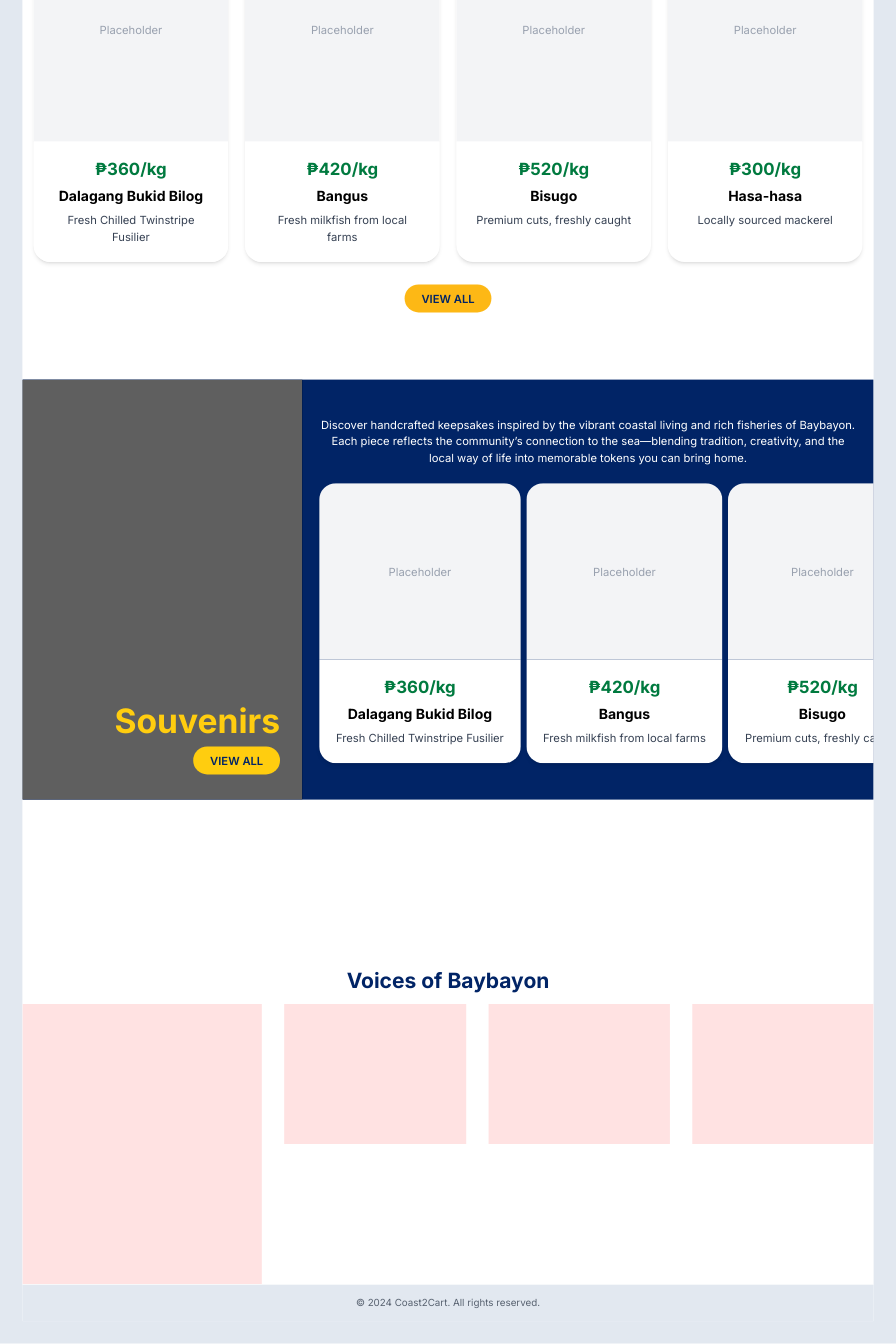
Repository: Coast2Card/coast2cart-frontend
Page: /
The author's editor kept a copy of each file at every save. The page is drawn from the files as they stood at one save, then again after the next save.
The browser window is 1280 px wide. The pictures show the part of the page from y = 2325 to 4245 px (the page is 4245 px tall), at 70% of full size.
Pictures or frames that could not be fetched are drawn as grey boxes. The project was rebuilt for these pictures with package versions that can differ from the ones it lists, and the page was loaded fresh each time. Also part of the build but not shown: vite.config.js, src/pages/Seafood.jsx, src/pages/Souvenirs.jsx, src/pages/About.jsx, src/pages/Cart.jsx, src/pages/Profile.jsx, src/pages/Colors.jsx.

Above is the page before, as saved 2025-09-13 23:03:02.

### index.html
<!DOCTYPE html>
<html lang="en" data-theme="coast2cart">
  <head>
    <meta charset="UTF-8" />
    <!-- <link rel="icon" type="image/svg+xml" href="/vite.svg" /> -->
    <meta name="viewport" content="width=device-width, initial-scale=1.0" />
    <title>Coast2Cart</title>
  </head>
  <body>
    <div id="root"></div>
    <script type="module" src="/src/main.jsx"></script>
  </body>
</html>

### src/index.css
@import url("https://fonts.googleapis.com/css2?family=Inter:wght@300;400;500;600;700&family=Playfair+Display:wght@400;500;600;700&family=Outfit:wght@400;500;600;700&display=swap");
@import "tailwindcss";
@plugin "daisyui";
@plugin "daisyui/theme" {
  name: "coast2cart";
  default: true;
  prefersdark: false;
  color-scheme: "light";

  --color-base-100: #e2e8f0;
  --color-base-200: #ffffff;
  --color-base-300: #ffffff;
  --color-base-content: #1e293b;
  --color-primary: #012466;
  --color-primary-content: #ffffff;
  --color-secondary: #fdb815;
  --color-secondary-content: #ffffff;
  --color-accent: #f04c05;
  --color-accent-content: #ffffff;
  --color-neutral: #d9d9d9;
  --color-neutral-content: #1e293b;
  --color-info: #0ea5e9;
  --color-info-content: #ffffff;
  --color-success: #007a3f;
  --color-success-content: #ffffff;
  --color-warning: #f59e0b;
  --color-warning-content: #ffffff;
  --color-error: #ef4444;
  --color-error-content: #ffffff;

  --radius-selector: 1rem;
  --radius-field: 0.5rem;
  --radius-box: 1rem;
  --size-selector: 0.25rem;
  --size-field: 0.25rem;
  --border: 1px;
  --depth: 0;
  --noise: 0;

  /* 👇 New lighter secondary */
  --color-secondary-light: #ffcd0f;
  --color-secondary-light-content: #1e293b;
}

/* Custom Font Classes */
.font-primary {
  font-family: "Inter", sans-serif;
}

.font-display {
  font-family: "Inter", serif;
}

.font-outfit {
  font-family: "Outfit", sans-serif;
}

.font-inter {
  font-family: "Inter", sans-serif;
}

/* Global Styles */
body {
  font-family: "Inter", sans-serif;
}

h1,
h2,
h3,
h4,
h5,
h6 {
  font-family: "Inter", serif;
}

/* in src/index.css */
@utility max-w-8xl {
  max-width: 100rem;
}

@layer utilities {
  .bg-secondary-light {
    background-color: var(--color-secondary-light);
  }
  .text-secondary-light {
    color: var(--color-secondary-light);
  }
  .border-secondary-light {
    border-color: var(--color-secondary-light);
  }
}

### src/App.jsx
import { Routes, Route } from "react-router-dom";
import Layout from "./components/Layout";
import Home from "./pages/Home";
import Seafood from "./pages/Seafood";
import Souvenirs from "./pages/Souvenirs";
import About from "./pages/About";
import Cart from "./pages/Cart";
import Profile from "./pages/Profile";
import Colors from "./pages/Colors";
import "./App.css";

function App() {
  return (
    <Routes>
      {/* Routes with shared layout */}
      <Route path="/" element={<Layout />}>
        <Route index element={<Home />} />
        <Route path="seafood" element={<Seafood />} />
        <Route path="souvenirs" element={<Souvenirs />} />
        <Route path="about" element={<About />} />
        <Route path="cart" element={<Cart />} />
        <Route path="profile" element={<Profile />} />
        <Route path="colors" element={<Colors />} />
      </Route>
    </Routes>
  );
}

export default App;

### src/components/Layout.jsx
import { Outlet } from "react-router-dom";
import Navbar from "./Navbar";

const Layout = () => {
  return (
    <div className="min-h-screen bg-base-200">
      {/* Navigation Header */}
      <Navbar />

      {/* Main Content */}
      <main className=" mx-auto  ">
        <Outlet />
      </main>

      {/* Footer */}
      <footer className="bg-base-100 border-t border-base-300 mt-auto">
        <div className="max-w-7xl mx-auto py-4 px-4 sm:px-6 lg:px-8">
          <p className="text-center text-base-content/70 text-sm">
            © 2024 Coast2Cart. All rights reserved.
          </p>
        </div>
      </footer>
    </div>
  );
};

export default Layout;

### src/pages/Home.jsx
import homeBanner from "../assets/images/home_banner.jpg";
import baybayonLogo from "../assets/logos/c2c_white_transparent.png";
import fish1 from "../assets/images/home_fish1.png";
import fish2 from "../assets/images/home_fish2.png";
import fish3 from "../assets/images/home_fish3.png";
import fish4 from "../assets/images/home_fish4.png";
import fish5 from "../assets/images/home_fish5.png";
import HomeFeatures from "../components/home/HomeFeatures";
import HomeFreshCatch from "../components/home/HomeFreshCatch";
import HomeGallery from "../components/home/HomeGallery";
import HomeSouvenirs from "../components/home/HomeSouvenirs";
import CustomButton from "../components/CustomButton";
const Home = () => {
  return (
    <main className="relative overflow-x-hidden">
      {/* Home Banner */}
      <section className="w-full h-135 sm:h-[70vh] md:h-185 relative">
        <img
          src={homeBanner}
          alt="Home Banner"
          className="w-full h-full object-cover relative z-4"
          onError={(e) => {
            console.log("Image failed to load:", homeBanner);
            e.target.style.display = "none";
          }}
          onLoad={() => console.log("Image loaded successfully:", homeBanner)}
        />

        <div className="absolute inset-0 bg-black opacity-60 z-10"></div>

        <div className="absolute inset-0 z-20 flex items-start py-20 justify-center">
          <div className="text-center text-white">
            <h1 className="text-xl sm:text-2xl  font-extrabold font-display mb-[-15px] sm:mb-[-30px] md:mb-[-35px] lg:mb-[-30px]">
              Sea the best of Baybayon, from
            </h1>
            <img
              className="w-6/8 max-w-120 sm:w-6/8 md:4/8 lg:3/8 md:max-w-170 h-auto mx-auto "
              src={baybayonLogo}
            />
            <CustomButton text="Shop Now" className="mt-0 sm:mt-[-10px]" />
          </div>
        </div>
      </section>
      <section className=" relative overflow-hidden w-[140vw] flex items-center justify-center gap-4 sm:gap-6 mb-15 sm:mb-25   z-30 -mt-51 md:-mt-75 lg:-mt-75 left-1/2 -translate-x-1/2">
        <img
          src={fish1}
          alt="Fish 1"
          className="min-w-20 h-40 md:w-65 md:h-75  object-cover rounded-2xl"
        />
        <img
          src={fish2}
          alt="Fish 2"
          className="min-w-35 h-55  md:w-80 md:h-85 object-cover rounded-2xl"
        />
        <img
          src={fish3}
          alt="Fish 3"
          className="min-w-46 h-70 md:w-95 md:h-100 object-cover rounded-2xl"
        />
        <img
          src={fish4}
          alt="Fish 4"
          className="min-w-35 h-55 md:w-80 md:h-85 object-cover rounded-2xl"
        />
        <img
          src={fish5}
          alt="Fish 5"
          className="min-w-20 h-40 md:w-65 md:h-75 object-cover rounded-2xl"
        />
      </section>
      <section className="max-w-8xl mx-auto p-4 flex flex-col">
        <HomeFeatures className="mb-25" />
        <HomeGallery />
        <HomeFreshCatch />
      </section>
      <section className="flex flex-col lg:flex-row bg-primary max-w-8xl mx-auto w-full mb-60">
        <HomeSouvenirs />
      </section>
      <section className="flex flex-col gap-4">
        <p className="text-primary text-center text-3xl font-bold">
          Voices of Baybayon
        </p>
        <div className="flex flex-col gap-4">
          <div className="grid grid-cols-30 gap-8 h-100">
            <div className="col-span-9 bg-red-100 h-[100%]"></div>
            <div className="col-span-7 bg-red-100 h-[50%]"></div>
            <div className="col-span-7 bg-red-100 h-[50%]"></div>
            <div className="col-span-7 bg-red-100 h-[50%]"></div>
          </div>
        </div>
      </section>
    </main>
  );
};

export default Home;

### src/components/Navbar.jsx
import { Link, useLocation } from "react-router-dom";
import { useState } from "react";
import { navLinks } from "../data/navigation";
import c2cLogo from "../assets/logos/c2c_transparent.png";
import searchIcon from "../assets/icons/search.png";
import cartIcon from "../assets/icons/cart.png";
import profileIcon from "../assets/icons/profile.png";
import commentIcon from "../assets/icons/comment.png";
const Navbar = () => {
  const location = useLocation();
  const [isMobileMenuOpen, setIsMobileMenuOpen] = useState(false);

  const isActive = (path) => {
    return location.pathname === path;
  };

  const toggleMobileMenu = () => {
    setIsMobileMenuOpen(!isMobileMenuOpen);
  };

  const closeMobileMenu = () => {
    setIsMobileMenuOpen(false);
  };

  return (
    <nav className="bg-base-300 shadow-lg py-2 sticky top-0 z-50">
      <div className="mx-auto px-6 sm:px-6 lg:px-8">
        <div className="flex justify-between h-16">
          <div className="flex items-center">
            <Link to="/" className="flex-shrink-0">
              <img src={c2cLogo} alt="Coast2Cart" className="h-17" />
            </Link>
          </div>

          {/* Desktop Navigation */}
          <div className="hidden md:flex items-center space-x-8">
            {navLinks.map((link) => (
              <Link
                key={link.path}
                to={link.path}
                className={`px-3 py-2 rounded-md text-md font-bold transition-colors ${
                  isActive(link.path)
                    ? " text-accent after:content-[''] after:block after:w-full after:h-0.5 after:bg-accent after:rounded-full"
                    : "text-black hover:text-primary hover:bg-base-200"
                }`}
              >
                {link.label}
              </Link>
            ))}
          </div>

          {/* Desktop Icons - Hidden on mobile */}
          <div className="hidden md:flex items-center gap-4 lg:gap-6">
            <img
              src={searchIcon}
              alt="Search"
              className="h-5 w-5 lg:h-5.5 lg:w-5.5 hover:cursor-pointer hover:opacity-60 transition-opacity duration-300"
            />
            <img
              src={commentIcon}
              alt="Comment"
              className="h-5 w-5 lg:h-5.5 lg:w-5.5 hover:cursor-pointer hover:opacity-60 transition-opacity duration-300"
            />
            <img
              src={cartIcon}
              alt="Cart"
              className="h-5 w-5 lg:h-5.5 lg:w-5.5 hover:cursor-pointer hover:opacity-60 transition-opacity duration-300"
            />
            <img
              src={profileIcon}
              alt="Profile"
              className="h-5 w-5 lg:h-5.5 lg:w-5.5 hover:cursor-pointer hover:opacity-60 transition-opacity duration-300"
            />
          </div>

          {/* Mobile menu button */}
          <div className="md:hidden flex items-center">
            <button
              onClick={toggleMobileMenu}
              className="inline-flex items-center justify-center p-2 rounded-md text-base-content hover:text-primary hover:bg-base-200 focus:outline-none focus:ring-2 focus:ring-inset focus:ring-primary"
              aria-expanded="false"
            >
              <span className="sr-only">Open main menu</span>
              {!isMobileMenuOpen ? (
                <svg
                  className="block h-6 w-6"
                  xmlns="http://www.w3.org/2000/svg"
                  fill="none"
                  viewBox="0 0 24 24"
                  stroke="currentColor"
                  aria-hidden="true"
                >
                  <path
                    strokeLinecap="round"
                    strokeLinejoin="round"
                    strokeWidth="2"
                    d="M4 6h16M4 12h16M4 18h16"
                  />
                </svg>
              ) : (
                <svg
                  className="block h-6 w-6"
                  xmlns="http://www.w3.org/2000/svg"
                  fill="none"
                  viewBox="0 0 24 24"
                  stroke="currentColor"
                  aria-hidden="true"
                >
                  <path
                    strokeLinecap="round"
                    strokeLinejoin="round"
                    strokeWidth="2"
                    d="M6 18L18 6M6 6l12 12"
                  />
                </svg>
              )}
            </button>
          </div>
        </div>
      </div>

      {/* Mobile Navigation Menu */}
      <div className={`md:hidden ${isMobileMenuOpen ? "block" : "hidden"}`}>
        <div className="px-2 pt-2 pb-3 space-y-1 sm:px-3 bg-base-100 border-t border-base-300">
          {navLinks.map((link) => (
            <Link
              key={link.path}
              to={link.path}
              onClick={closeMobileMenu}
              className={`block px-3 py-2 rounded-md text-base font-medium transition-colors ${
                isActive(link.path)
                  ? "bg-primary text-primary-content"
                  : "text-base-content hover:text-primary hover:bg-base-200"
              }`}
            >
              {link.label}
            </Link>
          ))}

          {/* Mobile Icons */}
          <div className="flex items-center justify-center gap-6 pt-4 border-t border-base-300 mt-4">
            <img
              src={searchIcon}
              alt="Search"
              className="h-6 w-6 hover:cursor-pointer hover:opacity-60 transition-opacity duration-300"
            />
            <img
              src={commentIcon}
              alt="Comment"
              className="h-6 w-6 hover:cursor-pointer hover:opacity-60 transition-opacity duration-300"
            />
            <img
              src={cartIcon}
              alt="Cart"
              className="h-6 w-6 hover:cursor-pointer hover:opacity-60 transition-opacity duration-300"
            />
            <img
              src={profileIcon}
              alt="Profile"
              className="h-6 w-6 hover:cursor-pointer hover:opacity-60 transition-opacity duration-300"
            />
          </div>
        </div>
      </div>
    </nav>
  );
};

export default Navbar;

### src/components/home/HomeFeatures.jsx
import cartIcon from "../../assets/icons/cart.png";
import commentIcon from "../../assets/icons/comment.png";
import profileIcon from "../../assets/icons/profile.png";
import searchIcon from "../../assets/icons/search.png";

const features = [
  {
    icon: cartIcon,
    title: "Fresh Catch",
    description: "Daily seafood direct from local fishers.",
  },
  {
    icon: searchIcon,
    title: "Dried Goods",
    description: "High-quality dried seafood.",
  },
  {
    icon: commentIcon,
    title: "Souvenirs",
    description: "Souvenirs made by our community.",
  },
  {
    icon: profileIcon,
    title: "Marketplace",
    description: "Easy orders and pickup with fishing time.",
  },
];

const HomeFeatures = ({ className = "" }) => {
  return (
    <article className={` mx-auto w-full ${className}`}>
      <section className="grid grid-cols-1 sm:grid-cols-2 space-y-6 lg:grid-cols-4 gap-6 sm:w-[95%] lg:w-[90%] xl:w-[80%] mx-auto">
        {features.map((item, index) => (
          <div
            key={index}
            className="flex flex-col items-center justify-start gap-2"
          >
            <div className="bg-accent mb-2 p-11 sm:p-11 flex justify-center items-center rounded-full">
              <div className="bg-gray-300 rounded-xl p-1 h-14 w-14"></div>
            </div>
            <h3 className="text-2xl font-bold text-primary">{item.title}</h3>
            <h3 className="text-md text-center">{item.description}</h3>
          </div>
        ))}
      </section>
    </article>
  );
};

export default HomeFeatures;

### src/components/home/HomeFreshCatch.jsx
import { freshCatchItems } from "../../data/navigation";
import ItemCard from "./ItemCard";
const HomeFreshCatch = ({ className = "" }) => {
  return (
    <div className={`flex flex-col text-center ${className}`}>
      <h1 className="text-4xl font-bold text-accent mb-10">Fresh Catch</h1>
      <section className="grid grid-cols-1 sm:grid-cols-2 xl:grid-cols-4  gap-6 mb-8">
        {freshCatchItems.map((item) => (
          <ItemCard
            name={item.name}
            price={item.price}
            description={item.description}
            id={item.id}
          />
        ))}
      </section>
      <div className="mb-20">
        <button className="bg-secondary text-primary uppercase px-6 py-2 rounded-full text-md font-semibold hover:bg-secondary/90 transition-colors">
          View All
        </button>
      </div>
    </div>
  );
};

export default HomeFreshCatch;

### src/components/home/HomeGallery.jsx
import React from "react";
import homeGallery1 from "../../assets/images/home_gallery1.png";
import FishIcon from "../icons/FishIcon";
const HomeGallery = () => {
  return (
    <div className="w-full flex flex-col sm:flex-row gap-9 lg:gap-12 p-1 mb-20 items-center justify-center mx-auto max-w-8xl  ">
      <div className="flex flex-1 min-w-75 sm:h-150 md:min-w-105  w-full md:h-150 bg-blue-100 ">
        <img src={homeGallery1} className="w-full h-full object-cover  " />
      </div>
      <div className=" flex flex-col min-w-20  gap-4 justify-center">
        <h2 className="font-bold text-3xl lg:text-4xl text-primary mb-1">
          Fresh From the Sea, Straight to You
        </h2>
        <p className="text-md mb-4">
          Every day, the fishermen of Barangay Baybayon bring in the freshest
          catch from our coastal waters, ensuring top quality seafood for your
          table. Proudly harvested and carefully handled, we take pride in
          delivering the goodness of the sea with every haul.
        </p>
        <div className="flex items-start gap-4 text-primary mb-4">
          <div className="max-h-22 min-w-11 font-bold pt-0.5">
            <FishIcon />
          </div>
          <div className="flex flex-col">
            <h3 className="font-bold text-xl mb-2">Sustainably Caught</h3>
            <p className="text-black">
              Our Baybayon fisherfolk use responsible fishing practices that
              respect both the ocean and its future.
            </p>
          </div>
        </div>
        <div className="flex items-start gap-4 text-primary">
          <div className="max-h-22 min-w-11 font-bold pt-0.5">
            <FishIcon />
          </div>
          <div className="flex flex-col">
            <h3 className="font-bold text-xl mb-2">Guaranteed Freshness</h3>
            <p className="text-black">
              From the moment it is caught to the time it reaches you, every
              fish is handled with care to preserve its natural taste and
              nutrients.
            </p>
          </div>
        </div>
      </div>
    </div>
  );
};

export default HomeGallery;

### src/components/home/HomeSouvenirs.jsx
import React from "react";
import souvenirBanner from "../../assets/images/home_banner2.png";
import { freshCatchItems } from "../../data/navigation";
import ItemCard from "./ItemCard";
const HomeSouvenirs = () => {
  return (
    <>
      <div className="relative flex items-end justify-end h-90 lg:h-150 w-full min-w-100 lg:max-w-70">
        <div className="absolute flex items-end justify-end p-6 px-8 inset-0  bg-black opacity-40"></div>
        <div className="absolute flex items-end justify-start lg:justify-end  py-9 px-4 lg:px-8 inset-0 ">
          <div className="flex flex-col items-start lg:items-end">
            <h2 className="text-5xl font-bold text-secondary-light mb-3">
              Souvenirs
            </h2>
            <button className=" bg-secondary-light text-primary uppercase  px-6 py-2 rounded-full text-md  font-semibold hover:bg-secondary/90 transition-colors cursor-pointer">
              view all
            </button>
          </div>
        </div>
        <img
          className="w-full h-full object-cover object-top "
          src={souvenirBanner}
        />
      </div>
      <article className="flex-1 flex flex-col justify-center p-4 py-6 lg:p-6 text-white text-md gap-2">
        <p className="mb-4">
          Discover handcrafted keepsakes inspired by the vibrant coastal living
          and rich fisheries of Baybayon. Each piece reflects the community’s
          connection to the sea—blending tradition, creativity, and the local
          way of life into memorable tokens you can bring home.
        </p>
        <section className="flex grid-cols-1  w-[260%] lg:w-[190%] max-h-100 gap-2">
          {freshCatchItems.map((item, index) => {
            return (
              <ItemCard
                name={item.name}
                price={item.price}
                description={item.description}
                id={item.id}
              />
            );
          })}
        </section>
      </article>
    </>
  );
};

export default HomeSouvenirs;

### src/components/CustomButton.jsx
import React from "react";

const CustomButton = ({ text, className }) => {
  return (
    <button
      className={` bg-secondary text-primary uppercase px-6 py-2 rounded-full text-md  font-semibold hover:bg-secondary/90 transition-colors cursor-pointer ${className}`}
    >
      {text}
    </button>
  );
};

export default CustomButton;

### src/components/home/ItemCard.jsx
import React from "react";

const ItemCard = ({ id, price, name, description }) => {
  return (
    <div
      key={id}
      className="flex flex-col shadow-md overflow-hidden rounded-3xl"
    >
      <div className="bg-gray-100 h-80 flex items-center justify-center text-gray-400">
        Placeholder
      </div>
      <div className="bg-white p-6  flex flex-col gap-2 text-center items-center justify-center">
        <h3 className="text-success text-2xl font-bold">{price}</h3>
        <h3 className="text-black font-bold text-xl">{name}</h3>
        <p className="text-md text-gray-700">{description}</p>
      </div>
    </div>
  );
};

export default ItemCard;

### src/components/icons/FishIcon.jsx
import React from "react";

const FishIcon = () => {
  return (
    <div>
      <svg
        xmlns="http://www.w3.org/2000/svg"
        viewBox="0 0 256 256"
        className="text-primary fill-primary"
      >
        <rect width="256" height="256" fill="none" />
        <path d="M168,76a12,12,0,1,1-12-12A12,12,0,0,1,168,76Zm48.72,67.64c-19.37,34.9-55.44,53.76-107.24,56.1l-22,51.41A8,8,0,0,1,80.1,256l-.51,0a8,8,0,0,1-7.19-5.78L57.6,198.39,5.8,183.56a8,8,0,0,1-1-15.05l51.41-22c2.35-51.78,21.21-87.84,56.09-107.22,24.75-13.74,52.74-15.84,71.88-15.18,18.64.64,36,4.27,38.86,6a8,8,0,0,1,2.83,2.83c1.69,2.85,5.33,20.21,6,38.85C232.55,90.89,230.46,118.89,216.72,143.64Zm-4.3-100.07c-14.15-3-64.1-11-100.3,14.75a81.21,81.21,0,0,0-16,15.07,36,36,0,0,0,39.35,38.44,8,8,0,0,1,8.73,8.73,36,36,0,0,0,38.47,39.34,80.81,80.81,0,0,0,15-16C223.42,107.73,215.42,57.74,212.42,43.57Z" />
      </svg>
    </div>
  );
};

export default FishIcon;

Loaded but not shown: src/main.jsx (common file); src/App.css (common file); src/data/navigation.js (41 lines, source omitted)

After the next save:
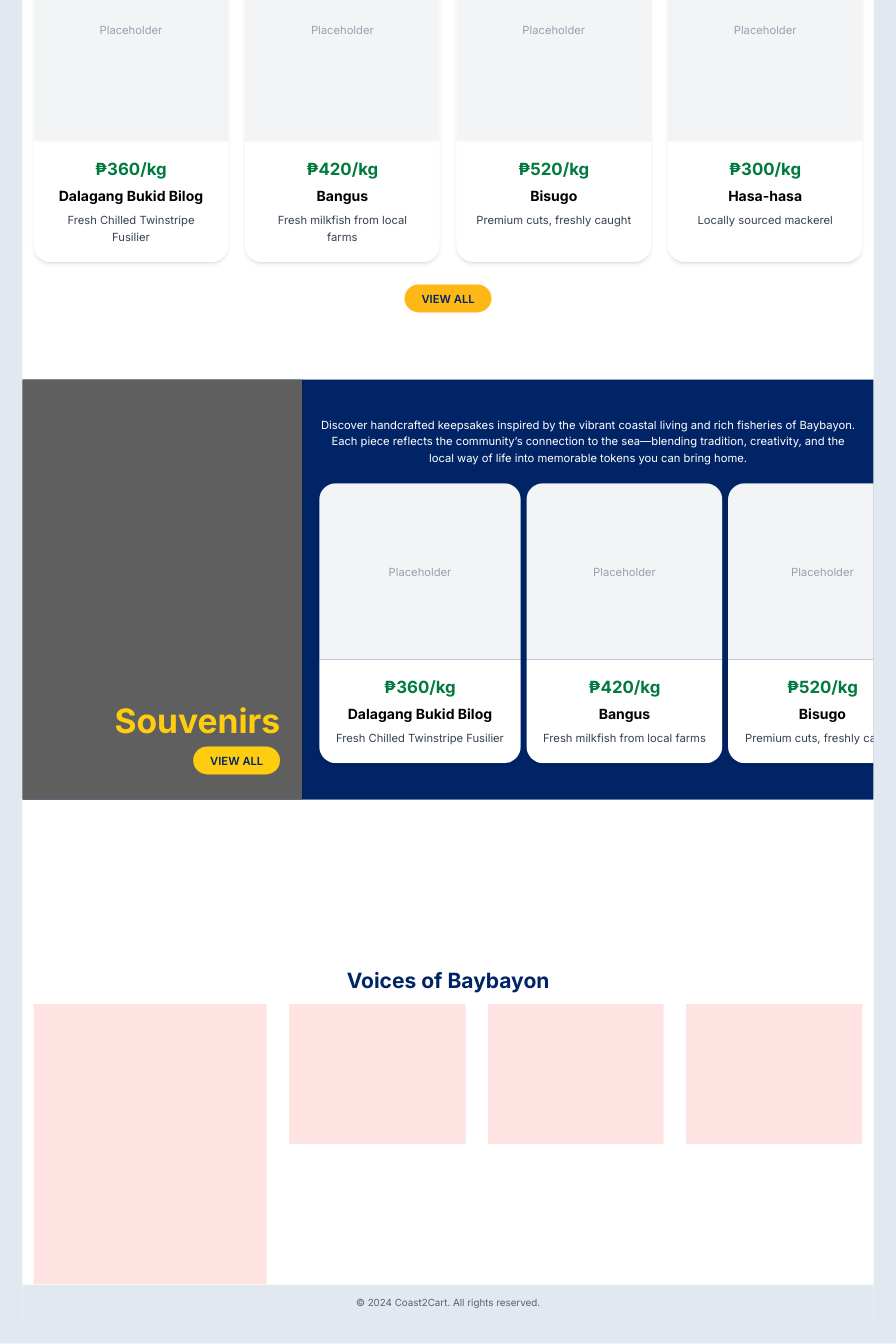
Saved 9 s later.
--- a/src/pages/Home.jsx
+++ b/src/pages/Home.jsx
@@ -76,7 +76,7 @@ const Home = () => {
       <section className="flex flex-col lg:flex-row bg-primary max-w-8xl mx-auto w-full mb-60">
         <HomeSouvenirs />
       </section>
-      <section className="flex flex-col gap-4">
+      <section className="flex flex-col gap-4 mx-4">
         <p className="text-primary text-center text-3xl font-bold">
           Voices of Baybayon
         </p>
